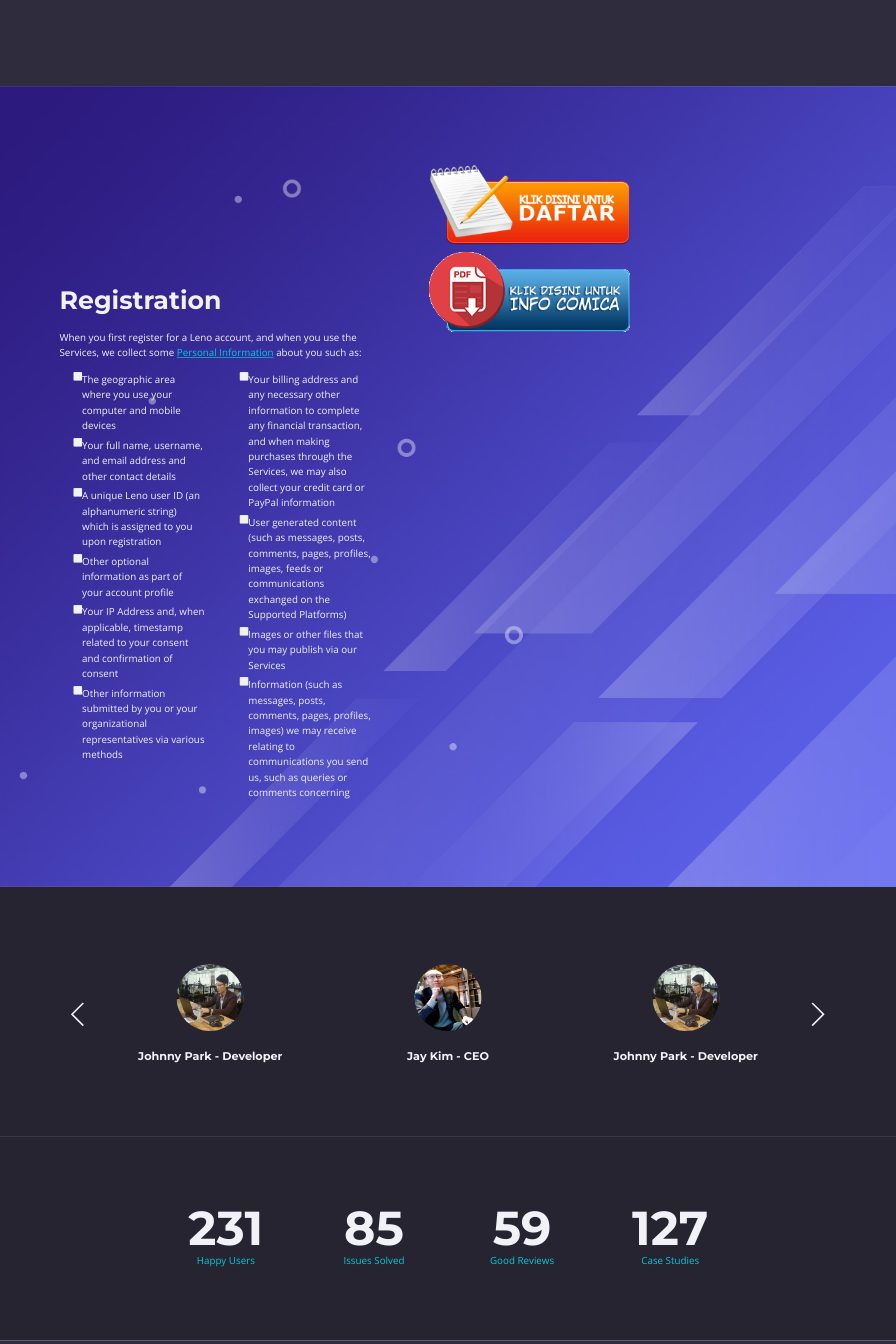
Repository: blackhat97/Homepage
Page: index.html
An editor plug-in stored every save of this project. The page is shown before and after the next save, followed by the edit.
The browser window is 1280 px wide. The pictures show the part of the page from y = 1640 to 3560 px (the page is 4113 px tall before and 4059 px after), at 70% of full size.

Above is the page before, as saved 2020-04-03 12:49:36.

After the next save:
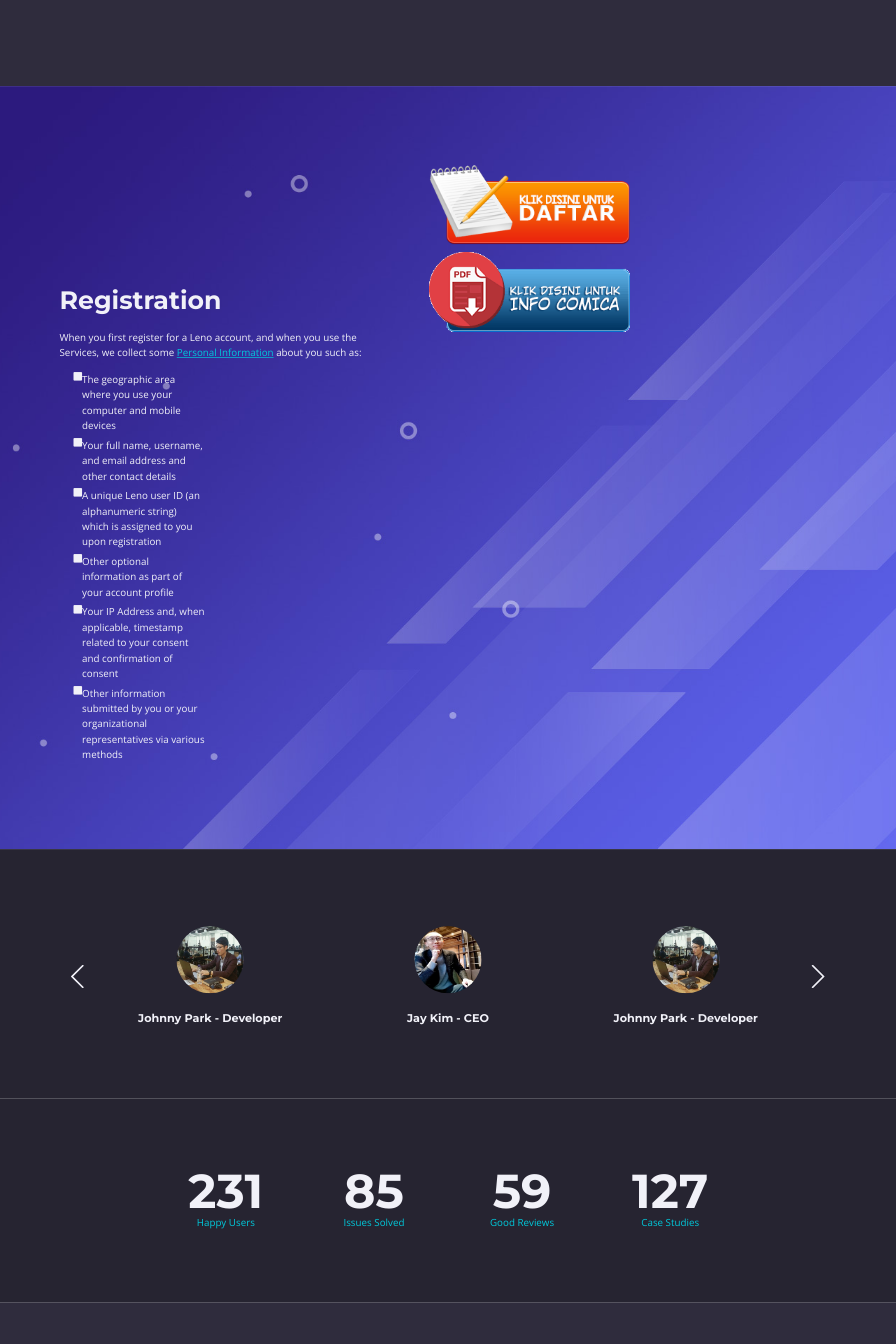
Saved 67 s later.
--- a/index.html
+++ b/index.html
@@ -254,26 +254,6 @@
                                 </ul>
                             </div> <!-- end of col -->
 
-                            <div class="col-md-6">
-                                <ul class="list-unstyled li-space-lg indent">
-                                    <li class="media">
-                                        <i class="fas fa-square"></i>
-                                        <div class="media-body">Your billing address and any necessary other information to complete any financial transaction, and when making purchases through the Services, we may also collect your credit card or PayPal information</div>
-                                    </li>
-                                    <li class="media">
-                                        <i class="fas fa-square"></i>
-                                        <div class="media-body">User generated content (such as messages, posts, comments, pages, profiles, images, feeds or communications exchanged on the Supported Platforms)</div>
-                                    </li>
-                                    <li class="media">
-                                        <i class="fas fa-square"></i>
-                                        <div class="media-body">Images or other files that you may publish via our Services</div>
-                                    </li>
-                                    <li class="media">
-                                        <i class="fas fa-square"></i>
-                                        <div class="media-body">Information (such as messages, posts, comments, pages, profiles, images) we may receive relating to communications you send us, such as queries or comments concerning</div>
-                                    </li>
-                                </ul>
-                            </div> <!-- end of col -->
                         </div> <!-- end of row -->
                     </div> <!-- end of text-container-->
                 </div> <!-- end of col -->
